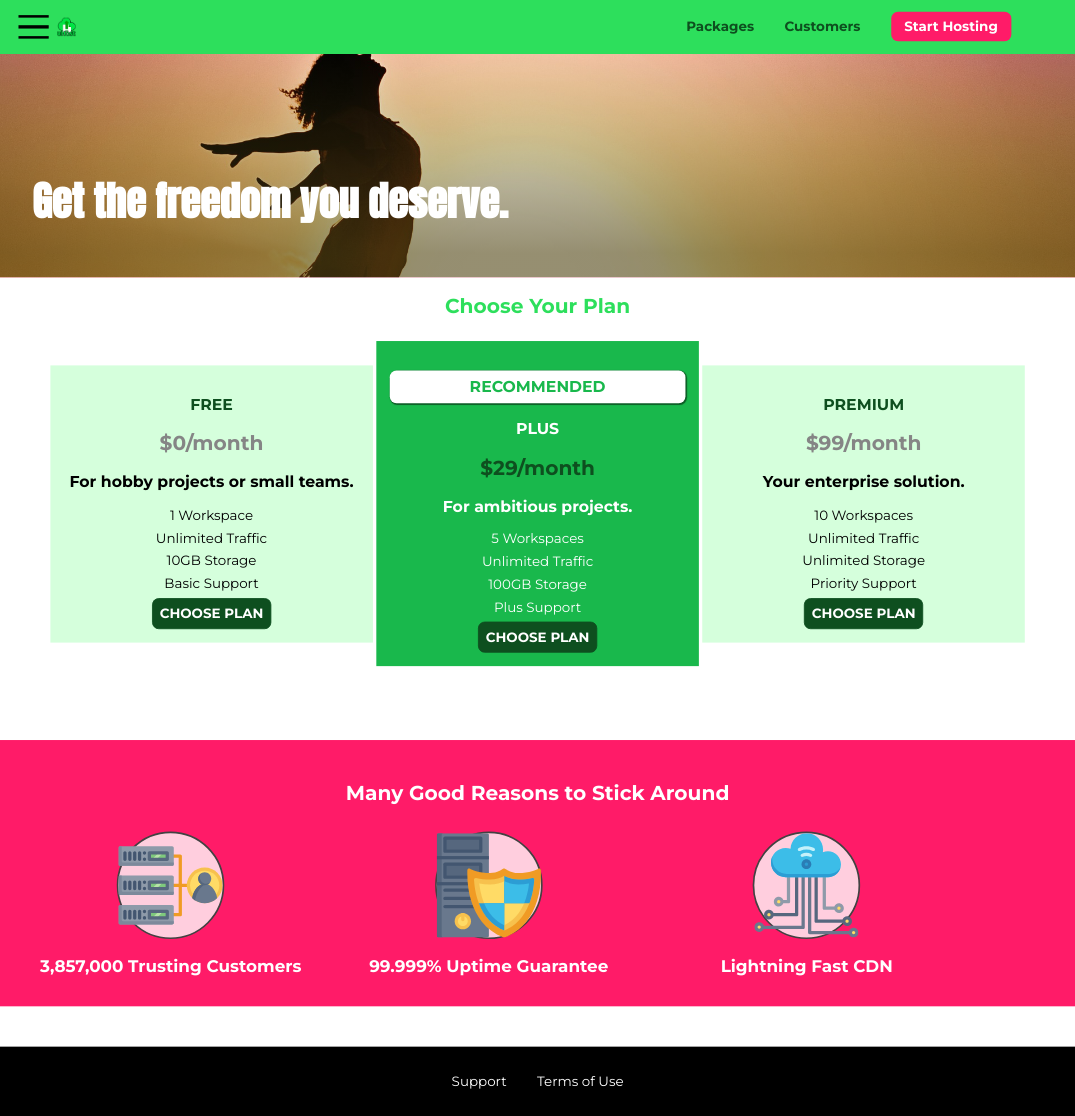
Repository: luacooli/css-course
Page: my_project/index.html
These files come from the project's save history. The page is drawn as it stood at one moment and after the next save; the edit follows.
The browser window is 1280 px wide. The pictures show the whole page, at 84% of full size.

Above is the page before, as saved 2020-09-16 07:15:11.

After the next save:
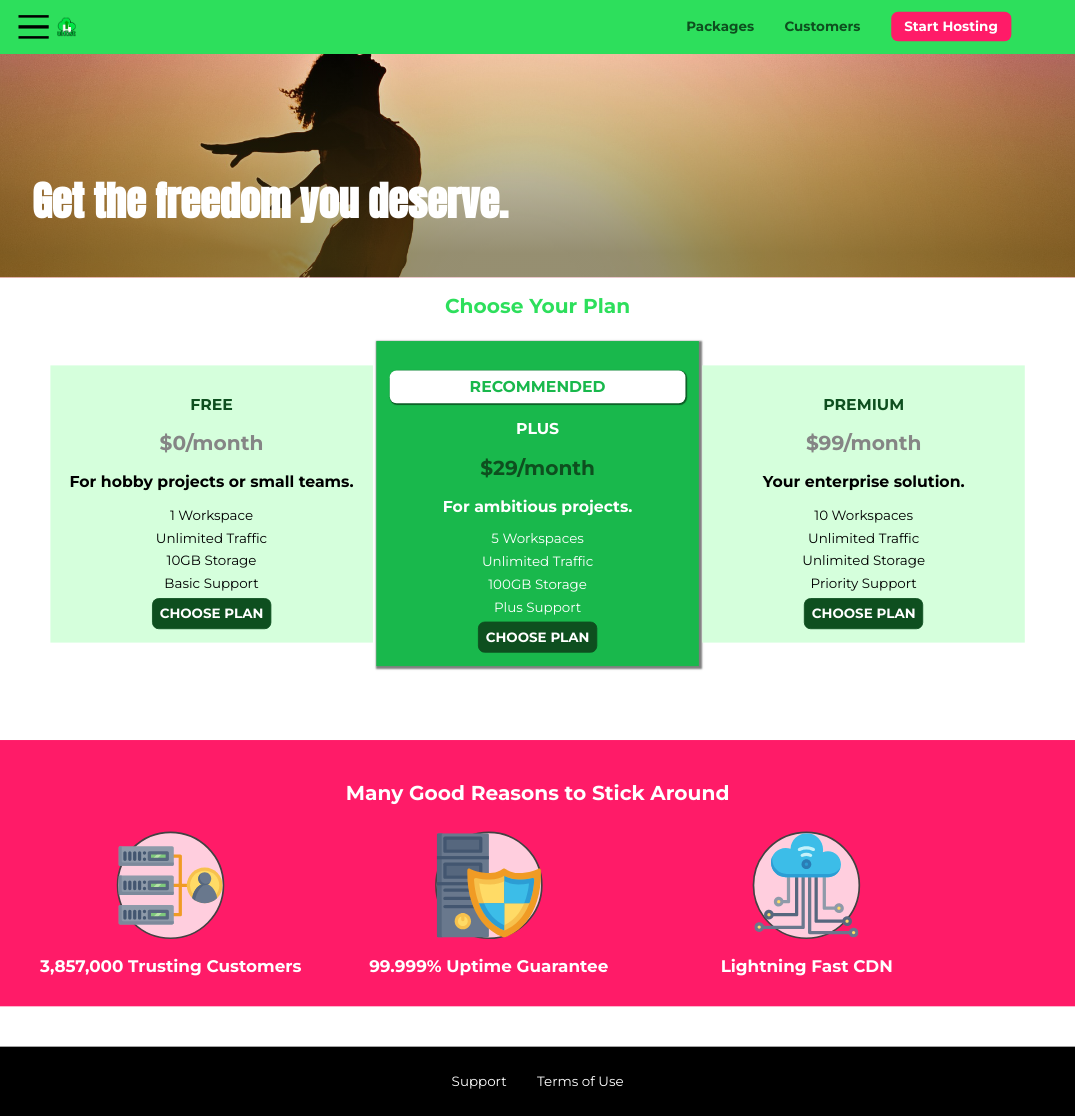
Saved 79 s later.
--- a/my_project/main.css
+++ b/my_project/main.css
@@ -34,6 +34,10 @@
 
   #product-overview h1 {
     font-size: 3rem;
+  }
+
+  .plan--highlighted {
+    box-shadow: 2px 2px 2px 2px rgba(0, 0, 0, 0.5);
   }
 }
 
